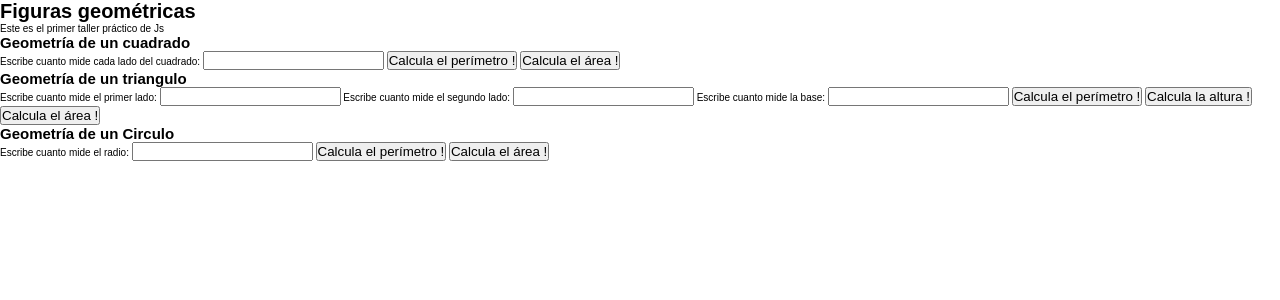
Repository: ChristianGecchelin/javascript-project
Page: javascript-project/figuras-geometricas/figuras.html
These files come from the project's save history. The page is drawn as it stood at one moment and after the next save; the edit follows.
The browser window is 1280 px wide. The pictures show the whole page.

Above is the page before, as saved 2021-12-01 21:07:45.

After the next save:
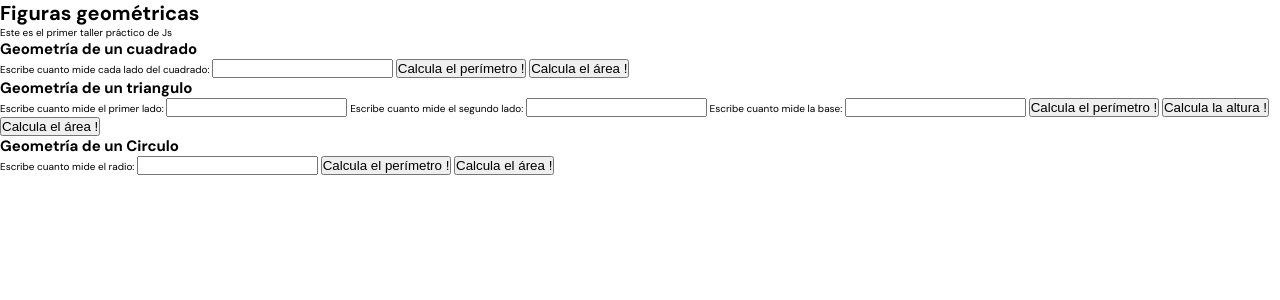
Saved 63 s later.
--- a/javascript-project/figuras-geometricas/figuras.html
+++ b/javascript-project/figuras-geometricas/figuras.html
@@ -4,8 +4,13 @@
     <meta charset="UTF-8" />
     <meta http-equiv="X-UA-Compatible" content="IE=edge" />
     <meta name="viewport" content="width=device-width, initial-scale=1.0" />
+    <title>Figuras geométricas | Proyecto 1</title>
+    <link
+      href="https://fonts.googleapis.com/css2?family=DM+Sans:wght@400;500;700&family=Inter:wght@300;500&display=swap"
+      rel="stylesheet"
+    />
+
     <link rel="stylesheet" href="./style.css" />
-    <title>Figuras geométricas | Proyecto 1</title>
   </head>
   <body>
     <header>
